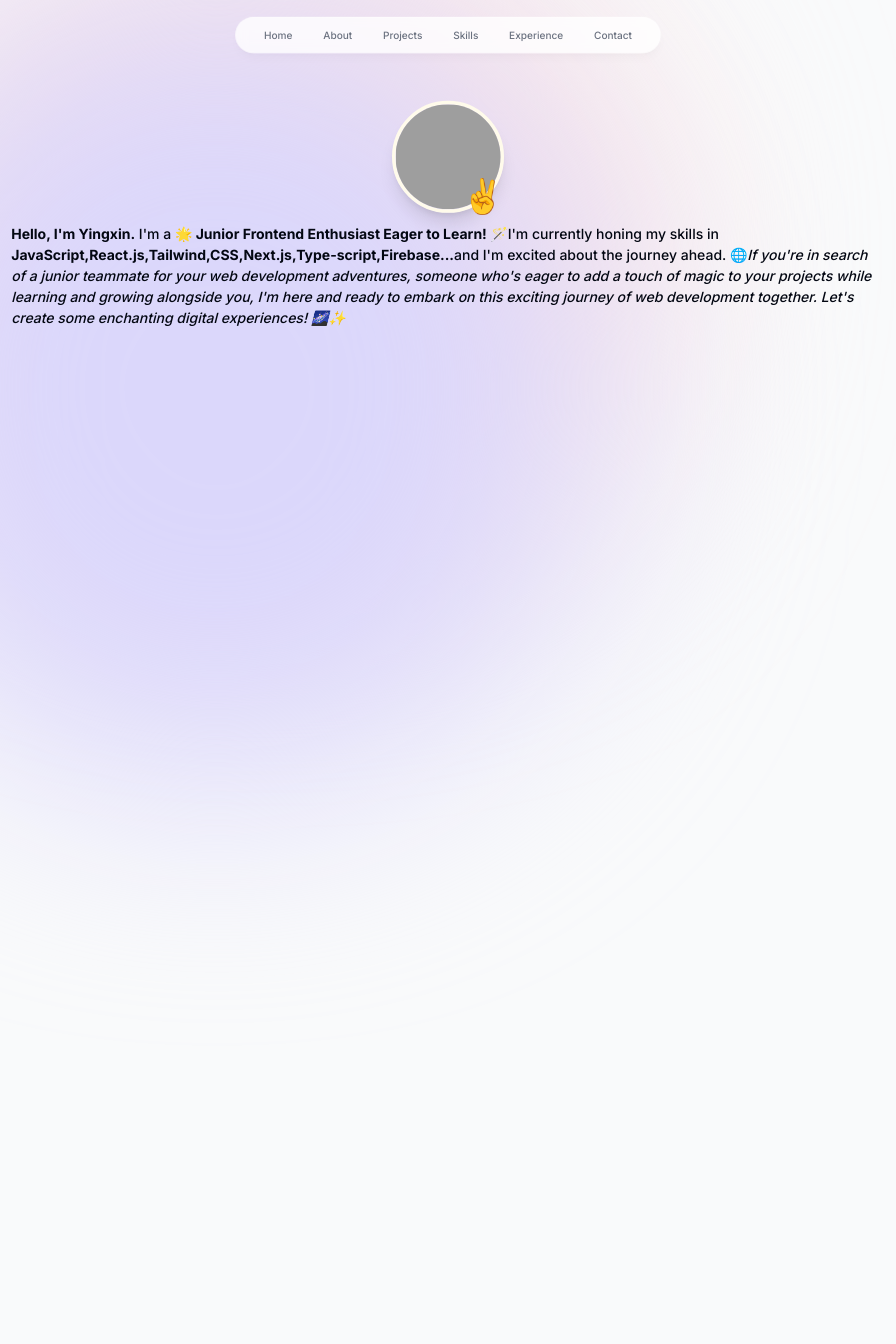
Repository: Tracy-maker/portfolio_website
Page: /
An editor plug-in stored every save of this project. The page is shown before and after the next save, followed by the edit.
The browser window is 1280 px wide. The pictures show the part of the page from y = 0 to 1920 px (the page is 5000 px tall), at 70% of full size.
Pictures or frames that could not be fetched are drawn as grey boxes. The project was rebuilt for these pictures with package versions that can differ from the ones it lists, and the page was loaded fresh each time. The framework's server and built-in components were replaced by stand-ins that run in the browser. Also part of the build but not shown: next.config.js.

Above is the page before, as saved 2023-10-02 18:02:24.

After the next save:
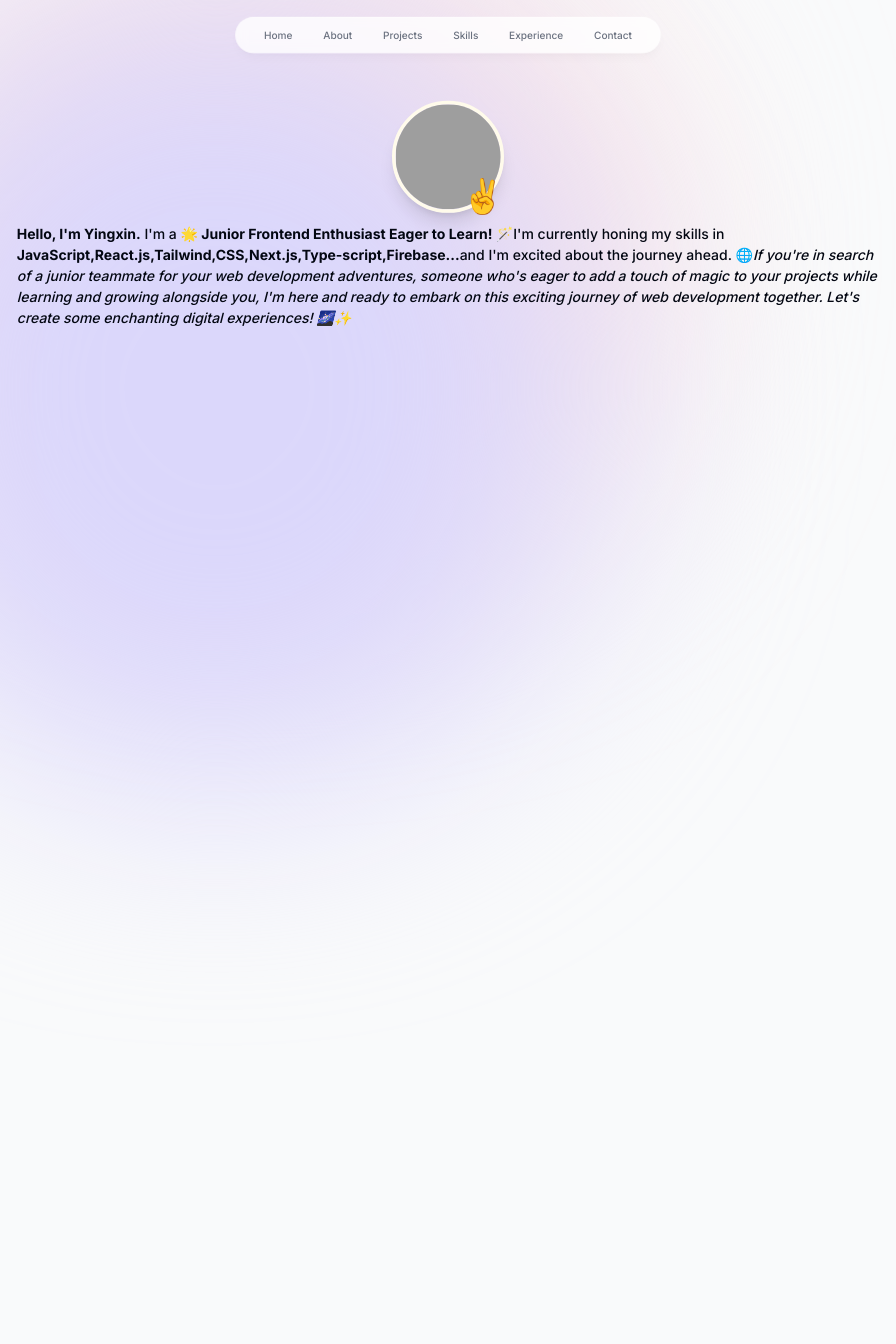
Saved 101 s later.
--- a/components/intro.tsx
+++ b/components/intro.tsx
@@ -44,7 +44,7 @@ export default function Intro() {
         </div>
       </div>
       <motion.h6
-        className="mb-10 mt-4 px-4 text-l font-medium !leading-[1.5] sm:text-xl"
+        className="mb-10 mt-4 px-6 text-l font-medium !leading-[1.5] sm:text-xl"
         initial={{ opacity: 0, y: 100 }}
         animate={{ opacity: 1, y: 0 }}
       >
